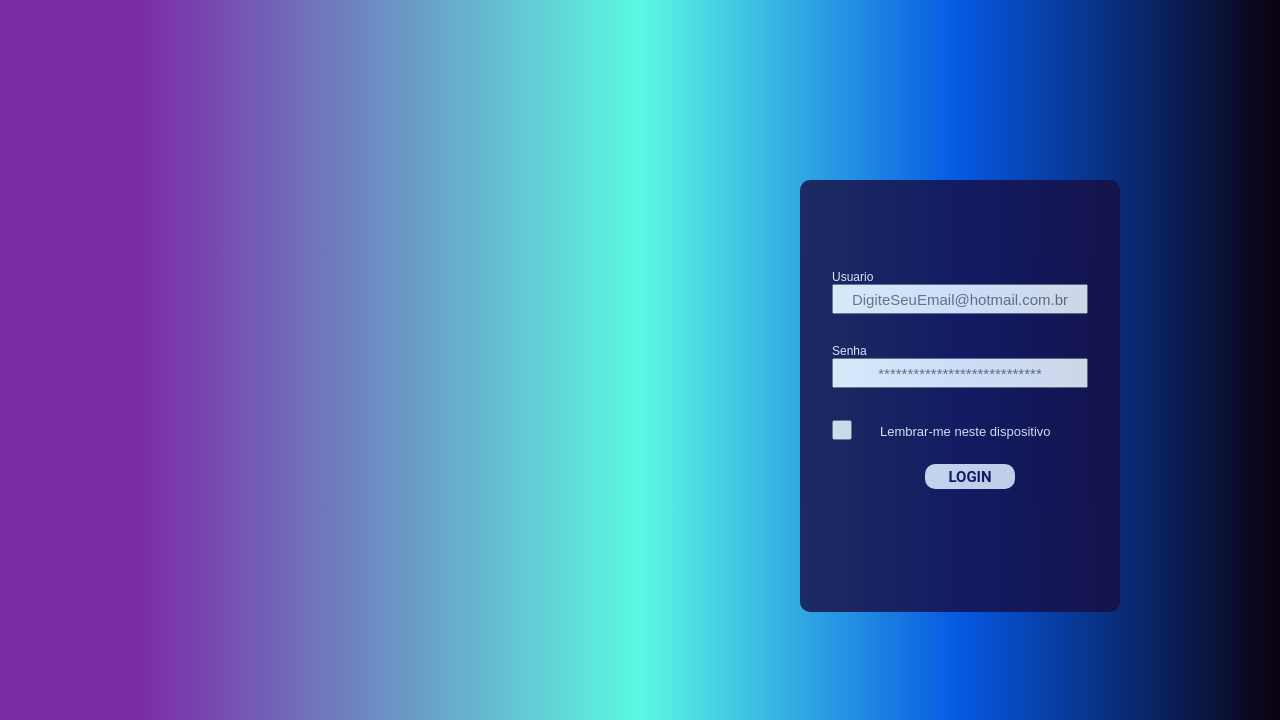
Repository: KevynMarques/Estudos-Reactjs-Firebase
Page: /
An editor plug-in stored every save of this project. The page is shown before and after the next save, followed by the edit.
The browser window is 1280 px wide. The pictures show the whole page.
The page's requests for data from a server got no answer. The project was rebuilt for these pictures with package versions that can differ from the ones it lists, and the page was loaded fresh each time. No one was signed in, and anything a server would have sent is missing. Also part of the build but not shown: src/Pages/Page2.jsx.

Above is the page before, as saved 2022-08-23 14:47:25.

### public/index.html
<!DOCTYPE html>
<html lang="pt-BR">
  <head>
    <meta charset="utf-8" />
    <link rel="icon" href="%PUBLIC_URL%/favicon.ico" />
    <meta name="viewport" content="width=device-width, initial-scale=1" />
    <meta name="theme-color" content="#000000" />
    <meta
      name="description"
      content="Web site created using create-react-app"
    />
    <link rel="apple-touch-icon" href="%PUBLIC_URL%/logo192.png" />
    <!--
      manifest.json provides metadata used when your web app is installed on a
      user's mobile device or desktop. See https://developers.google.com/web/fundamentals/web-app-manifest/
    -->
    <link rel="manifest" href="%PUBLIC_URL%/manifest.json" />
    <!--
      Notice the use of %PUBLIC_URL% in the tags above.
      It will be replaced with the URL of the `public` folder during the build.
      Only files inside the `public` folder can be referenced from the HTML.

      Unlike "/favicon.ico" or "favicon.ico", "%PUBLIC_URL%/favicon.ico" will
      work correctly both with client-side routing and a non-root public URL.
      Learn how to configure a non-root public URL by running `npm run build`.
    -->
    <title>Squad</title>
  </head>
  <body>
    <noscript>You need to enable JavaScript to run this app.</noscript>
    <div id="root"></div>
    <!--
      This HTML file is a template.
      If you open it directly in the browser, you will see an empty page.

      You can add webfonts, meta tags, or analytics to this file.
      The build step will place the bundled scripts into the <body> tag.

      To begin the development, run `npm start` or `yarn start`.
      To create a production bundle, use `npm run build` or `yarn build`.
    -->
  </body>
</html>

### src/App.jsx
import React from "react";
import Router from "./Routers/router";
import { GlobalStyle } from "./GlobalStyle";



function App() {
  return (
    <>
    <GlobalStyle/>
      <Router/>
    </>
  );
}

export default App;

### src/Routers/router.jsx
import { BrowserRouter, Routes, Route } from "react-router-dom";
import { Page1 } from "../Pages/Page1";
import { Page2 } from "../Pages/Page2";



export default () => {
  return (
    <>
    <BrowserRouter >
    <Routes >
      <Route path="/" element={<Page1 />} />
      <Route path="/Page2" element={<Page2 />} />
    </Routes>
    </BrowserRouter>
    </>
  );
}

### src/GlobalStyle.jsx

import { createGlobalStyle } from 'styled-components';

export const GlobalStyle = createGlobalStyle`
 * {
   margin: 0;
   padding: 0;
   box-sizing: border-box;
 }
`;

### src/Pages/Page1.jsx
import React from "react";
import { Login } from "../Components/Login/index";


export const Page1 = ()=>{
   return(
    <Login />
   );
}

### src/Components/Login/index.jsx
import React from "react";
import { authConfig } from "../../Auth/config";
import { BoxHome, BoxLogin, ButtomLogin, InputDeLogin, Remember, TextLogin, TextRemember} from "./style";






export const Login =()=>{
  return (
    <BoxHome>
    <BoxLogin>
       <TextLogin><p>Usuario</p></TextLogin>
       <InputDeLogin type="email" id="email" name="email" placeholder="DigiteSeuEmail@hotmail.com.br" />
       <TextLogin><p>Senha</p></TextLogin>
       <InputDeLogin type="text" id="password" name="password"  placeholder="****************************"/>
      <Remember />
      <TextRemember><p>Lembrar-me neste dispositivo</p></TextRemember>
     <ButtomLogin>
      <p>LOGIN</p>
     </ButtomLogin>
    </BoxLogin>
    </BoxHome>
  )
}

### src/Auth/config.jsx
import * as firebase from 'firebase/app';
import 'firebase/auth';

export const authConfig = firebase.initializeApp({
  apiKey: process.env.REACT_APP_FIREBASE_KEY,
  authDomain: process.env.REACT_APP_FIREBASE_DOMAIN,
  projectId: process.env.REACT_APP_FIREBASE_PROJECT_ID,
  storageBucket: process.env.REACT_APP_FIREBASE_STORAGE_BUCKET,
  messagingSenderId:process.env.REACT_APP_FIREBASE_SENDER_ID,
});

### src/Components/Login/style.jsx
import styled from "styled-components";

export const BoxHome = styled.div`
display: flex;
align-items: center;
justify-content: center;
background: rgb(116,32,162);
background: linear-gradient(90deg, rgba(116,32,162,0.9444152661064426) 11%, rgba(91,249,226,1) 50%, rgba(6,88,226,1) 75%, rgba(11,1,15,1) 100%);
height: 100vh;
`;

export const BoxLogin = styled.div`
  width: 25vw;
  height: 60vh;
  background-color: #170d43;
  opacity: 0.8;
  border-radius: 10px;
  margin-top: 10vh;
  margin-left: 50vw;
  display: flex;
  flex-direction: column;
  padding-top: 60px;
`;

export const InputDeLogin = styled.input`
width: 80%;
margin-left: 10%;
height: 30px;
text-align: center;
font-size: 15px;

`;

export const TextLogin = styled.label`
 color: white;
 font-family: Arial, Helvetica, sans-serif;
 font-size: 12px;
 margin-left: 10%;
 margin-top: 30px;
`;


export const Remember = styled.button`
 width: 20px;
 height: 20px;
 margin-left: 10%;
 margin-top: 10%;
 cursor: pointer;
`;

export const TextRemember = styled.label`
  color: white;
  font-family: Arial, Helvetica, sans-serif;
  font-size: 13px;
  margin-left: 25%;
  margin-top: -5%;
`;


export const ButtomLogin = styled.button`
@import url('https://fonts.googleapis.com/css2?family=Macondo&family=Roboto:wght@500&display=swap');
 width: 90px;
 height: 25px;
 border: none;
 border-radius: 10px;
 font-weight: bold;
 font-family: 'Roboto', sans-serif;
 font-size: 15px;
 color:#170d43;
 margin-left: 125px;
 margin-top: 25px;
`;

Loaded but not shown: src/index.js (common file)

After the next save:
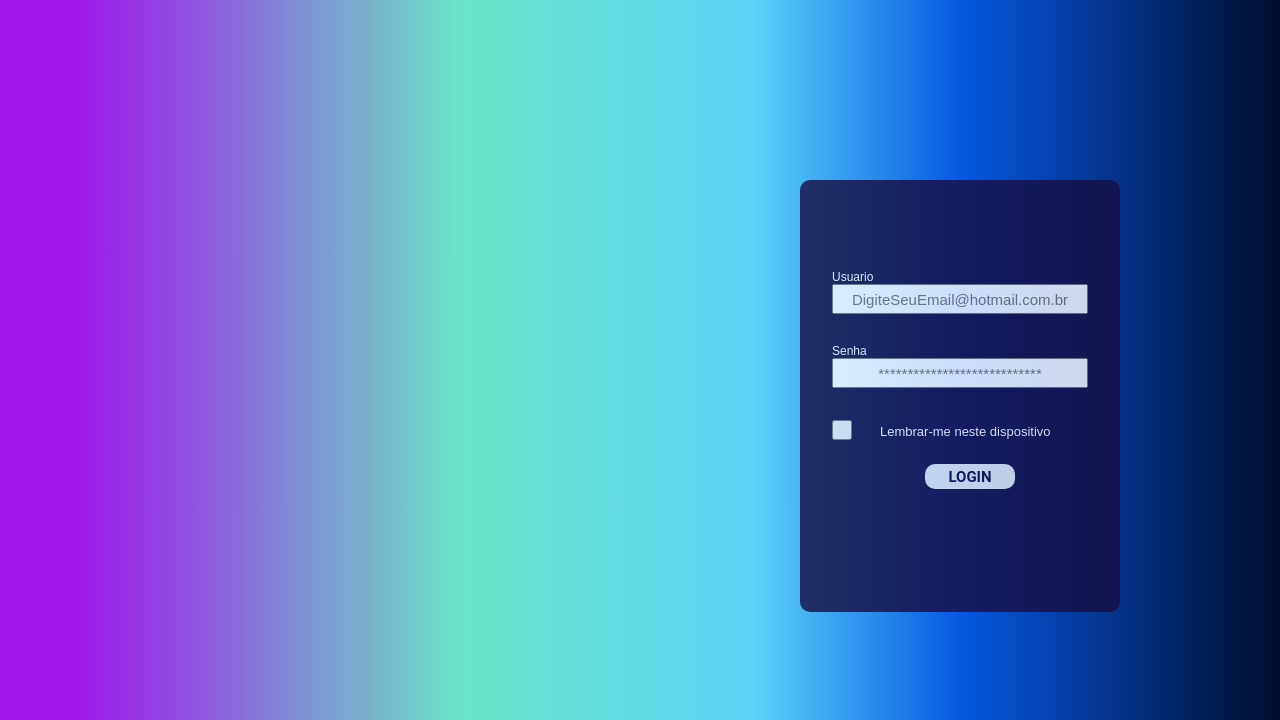
Saved 91 s later.
--- a/src/Components/Login/style.jsx
+++ b/src/Components/Login/style.jsx
@@ -4,8 +4,8 @@ export const BoxHome = styled.div`
 display: flex;
 align-items: center;
 justify-content: center;
-background: rgb(116,32,162);
-background: linear-gradient(90deg, rgba(116,32,162,0.9444152661064426) 11%, rgba(91,249,226,1) 50%, rgba(6,88,226,1) 75%, rgba(11,1,15,1) 100%);
+background: rgb(159,22,235);
+background: linear-gradient(90deg, rgba(159,22,235,1) 6%, rgba(106,228,197,1) 36%, rgba(91,210,249,1) 59%, rgba(6,88,226,1) 75%, rgba(0,13,45,1) 100%);
 height: 100vh;
 `;
 
